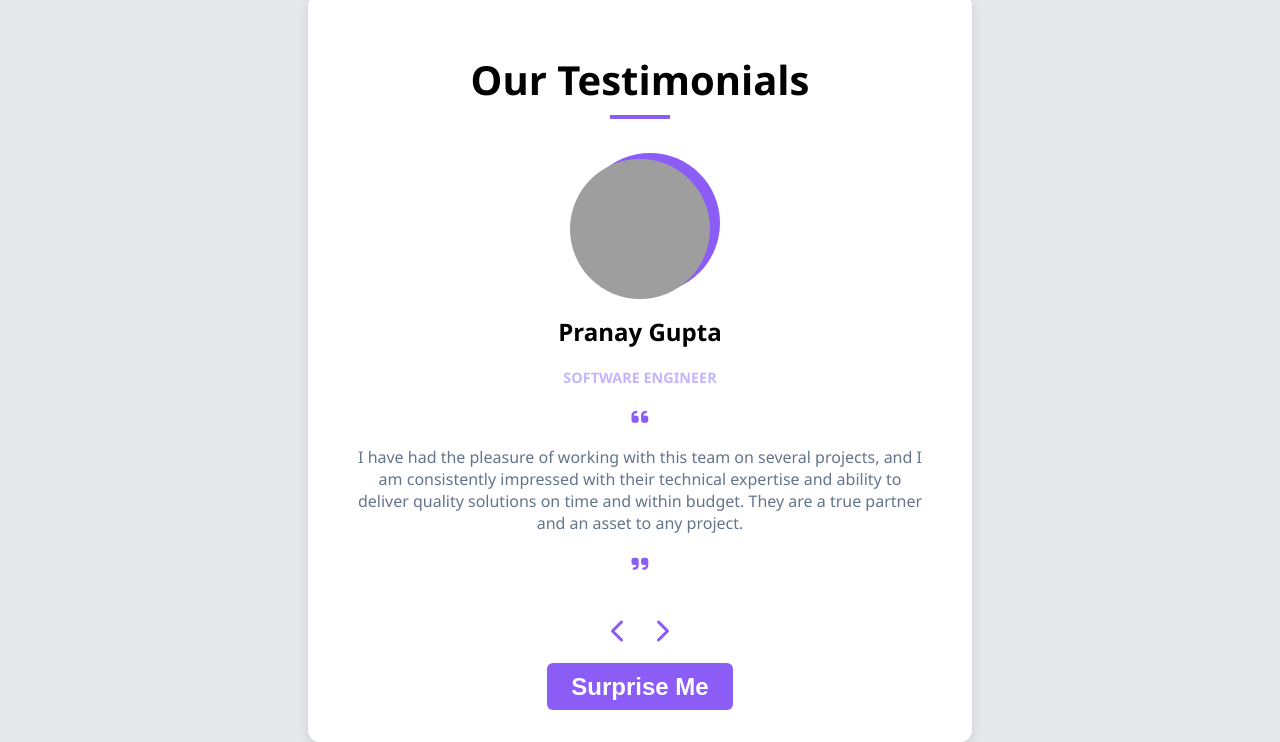
Repository: ayushrajput545/Testimonial_web
Page: index.html
The author's editor kept a copy of each file at every save. The page is drawn from the files as they stood at one save, then again after the next save.
The browser window is 1280 px wide. The pictures show the whole page.
Pictures or frames that could not be fetched are drawn as grey boxes. Some web libraries are served in a nearby version.

Above is the page before, as saved 2025-04-17 12:29:51.

### index.html
<!DOCTYPE html>
<html lang="en">
<head>
  <meta charset="UTF-8" />
  <meta name="viewport" content="width=device-width, initial-scale=1.0"/>
  <title>Testimonials</title>
  <link rel="stylesheet" href="style.css"/>
  <link
  rel="stylesheet"
  href="https://cdnjs.cloudflare.com/ajax/libs/font-awesome/6.5.0/css/all.min.css"
/>

</head>
<body>
  <div class="container">
    <h1>Our Testimonials</h1>
    <div class="underline"></div>

    <div class="testimonial">
      <div class="img-container">
        <img id="person-img" src="" alt="person" />
        <div class="img-background"></div>
      </div>
      <h2 id="author"></h2>
      <h4 id="job"></h4>
      <div class="quote-icon"><i class="fas fa-quote-left"></i></div>
      <p id="info"></p>
      <div class="quote-icon"><i class="fas fa-quote-right"></i></div>
    </div>

    <div class="buttons">
      <button id="prev-btn"><i class="fas fa-chevron-left"></i></button>
      <button id="next-btn"><i class="fas fa-chevron-right"></i></button>
    </div>

    <button class="surprise-btn" id="random-btn">Surprise Me</button>
  </div>

  <script defer src="script.js"></script>
  <script src="https://kit.fontawesome.com/a076d05399.js" crossorigin="anonymous"></script>

</body>
</html>

### style.css
body {
    font-family: 'Segoe UI', sans-serif;
    background-color: #e5e7eb;
    display: flex;
    justify-content: center;
    align-items: center;
    height: 100vh;
  }

  .container {
    background: #fff;
    padding: 2rem;
    border-radius: 12px;
    text-align: center;
    width: 90vw;
    max-width: 600px;
    box-shadow: 0 4px 12px rgba(0,0,0,0.1);
  }

  h1 {
    font-size: 2.5rem;
    margin-bottom: 0.5rem;
    font-weight: bold;
  }

  .underline {
    width: 60px;
    height: 4px;
    background: #8b5cf6;
    margin: 0 auto 1rem;
  }

  .testimonial {
    position: relative;
    padding: 1.5rem 1rem;
  }

  .img-container {
    position: relative;
    margin: 0 auto;
    width: 140px;
    height: 140px;
  }

  .img-container img {
    width: 100%;
    height: 100%;
    object-fit: cover;
    border-radius: 50%;
    position: relative;
    z-index: 2;
  }

  .img-background {
    position: absolute;
    top: -6px;
    left: 10px;
    width: 140px;
    height: 140px;
    border-radius: 50%;
    background-color: #8b5cf6;
    z-index: 1;
  }

  #author {
    margin-top: 1rem;
    font-weight: bold;
    font-size: 1.5rem;
    text-transform: capitalize;
  }

  #job {
    text-transform: uppercase;
    color: #c4b5fd;
    font-size: 0.9rem;
    margin: 0.5rem 0;
  }

  .quote-icon {
    color: #8b5cf6;
    font-size: 1.2rem;
    margin-top: 1rem;
  }

  #info {
    margin: 1rem 0;
    color: #64748b;
  }

  .buttons {
    display: flex;
    justify-content: center;
    gap: 1rem;
    margin-top: 1rem;
  }

  button {
    background: none;
    border: none;
    cursor: pointer;
    font-size: 1.5rem;
    color: #8b5cf6;
  }

  button:hover {
    color: #7c3aed;
  }

  .surprise-btn {
    background-color: #8b5cf6;
    color: white;
    border: none;
    padding: 0.6rem 1.5rem;
    margin-top: 1rem;
    border-radius: 6px;
    font-weight: bold;
    cursor: pointer;
    transition: background 0.3s ease;
  }

  .surprise-btn:hover {
    background-color: #7c3aed;
  }

### script.js
const reviews = [
    {
      id: 1,
      name: "Pranay Gupta",
      job: "Software Engineer",
      image: "https://aeccc.targettechnology.in/static/media/PranayGupta.f3c530b7630ba8efb2ab.jpg",
      text: "I have had the pleasure of working with this team on several projects, and I am consistently impressed with their technical expertise and ability to deliver quality solutions on time and within budget. They are a true partner and an asset to any project.",
    },
    {
      id: 2,
      name: "Abir Pal",
      job: "Graphic Designer",
      image: "https://aeccc.targettechnology.in/static/media/AbirPal.574a09ad7cb325853b29.jpg",
      text: "I have been working with this company for several years now, and I have always been impressed with their creativity and attention to detail. They are true professionals who take pride in their work and always go above and beyond to deliver exceptional results.",
    },
    {
      id: 3,
      name: "Soumya Banerjee",
      job: "Marketing Manager",
      image: "https://aeccc.targettechnology.in/static/media/SoumyaBanerjee.2e2521d6029842435080.jpg",
      text: "I am thrilled with the results of our recent marketing campaign, and it wouldn't have been possible without the hard work and dedication of the entire team. Thank you for your exceptional work!",
    },
  ];

  let currentIndex = 0;

  // DOM Elements
  const img = document.getElementById("person-img");
  const author = document.getElementById("author");
  const job = document.getElementById("job");
  const info = document.getElementById("info");

  const prevBtn = document.getElementById("prev-btn");
  const nextBtn = document.getElementById("next-btn");
  const randomBtn = document.getElementById("random-btn");

  function showPerson(index) {
    const person = reviews[index];
    img.src = person.image;
    author.textContent = person.name;
    job.textContent = person.job;
    info.textContent = person.text;
  }

  // Initial load
  window.addEventListener("DOMContentLoaded", () => {
    showPerson(currentIndex);
  });

  nextBtn.addEventListener("click", () => {
    currentIndex++;
    if (currentIndex > reviews.length - 1) {
      currentIndex = 0;
    }
    showPerson(currentIndex);
  });

  prevBtn.addEventListener("click", () => {
    currentIndex--;
    if (currentIndex < 0) {
      currentIndex = reviews.length - 1;
    }
    showPerson(currentIndex);
  });

  randomBtn.addEventListener("click", () => {
    let randomIndex = Math.floor(Math.random() * reviews.length);
    currentIndex = randomIndex;
    showPerson(currentIndex);
  });

After the next save:
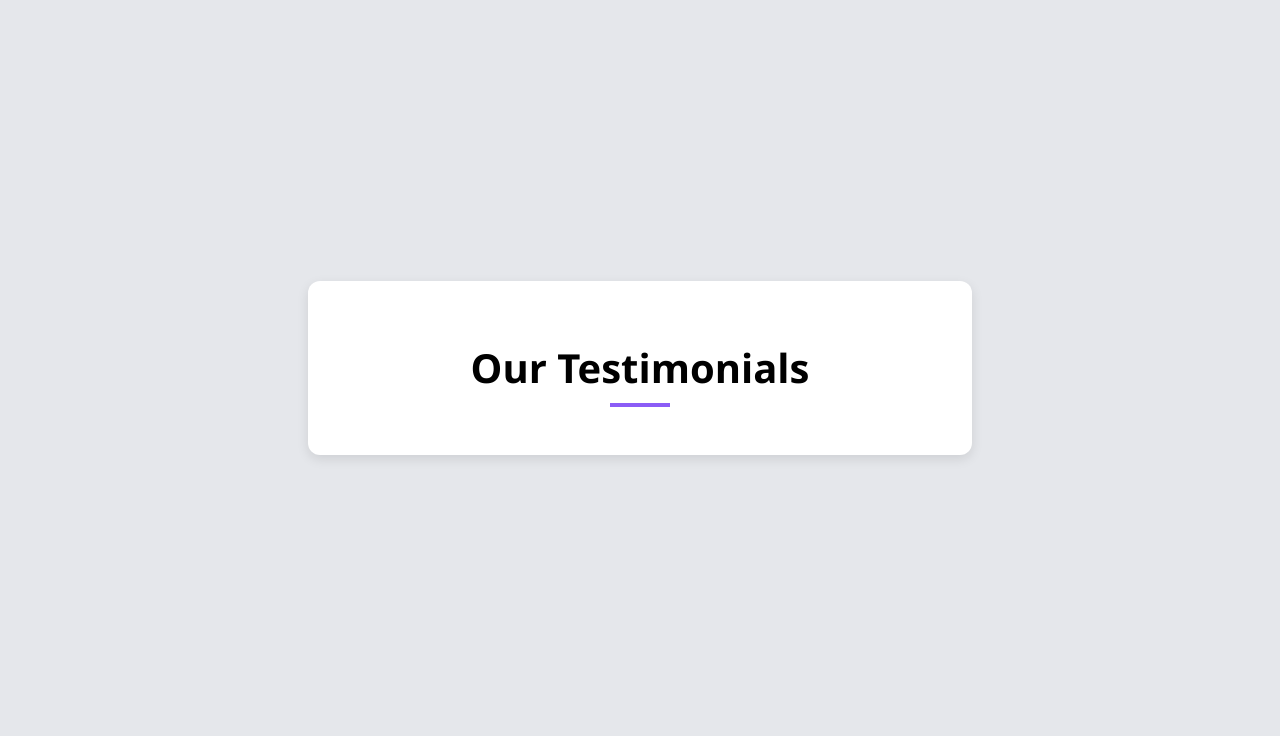
Console error: TypeError: Cannot read properties of null (reading 'addEventListener')
Saved 83 s later.
--- a/index.html
+++ b/index.html
@@ -3,41 +3,44 @@
 <head>
   <meta charset="UTF-8" />
   <meta name="viewport" content="width=device-width, initial-scale=1.0"/>
-  <title>Testimonials</title>
-  <link rel="stylesheet" href="style.css"/>
+  <title>Testimonials Carousel</title>
+
+  <!-- Swiper CSS -->
   <link
-  rel="stylesheet"
-  href="https://cdnjs.cloudflare.com/ajax/libs/font-awesome/6.5.0/css/all.min.css"
-/>
+    rel="stylesheet"
+    href="https://cdn.jsdelivr.net/npm/swiper@11/swiper-bundle.min.css"
+  />
 
+  <!-- Font Awesome -->
+  <link
+    rel="stylesheet"
+    href="https://cdnjs.cloudflare.com/ajax/libs/font-awesome/6.5.0/css/all.min.css"
+  />
+
+  <link rel="stylesheet" href="style.css" />
 </head>
 <body>
   <div class="container">
     <h1>Our Testimonials</h1>
     <div class="underline"></div>
 
-    <div class="testimonial">
-      <div class="img-container">
-        <img id="person-img" src="" alt="person" />
-        <div class="img-background"></div>
+    <!-- Swiper -->
+    <div class="swiper mySwiper">
+      <div class="swiper-wrapper" id="testimonial-wrapper">
+        <!-- Slides inserted by JS -->
       </div>
-      <h2 id="author"></h2>
-      <h4 id="job"></h4>
-      <div class="quote-icon"><i class="fas fa-quote-left"></i></div>
-      <p id="info"></p>
-      <div class="quote-icon"><i class="fas fa-quote-right"></i></div>
+
+      <!-- Swiper Navigation Buttons -->
+      <div class="swiper-button-next"></div>
+      <div class="swiper-button-prev"></div>
+
+      <!-- Pagination -->
+      <div class="swiper-pagination"></div>
     </div>
-
-    <div class="buttons">
-      <button id="prev-btn"><i class="fas fa-chevron-left"></i></button>
-      <button id="next-btn"><i class="fas fa-chevron-right"></i></button>
-    </div>
-
-    <button class="surprise-btn" id="random-btn">Surprise Me</button>
   </div>
 
-  <script defer src="script.js"></script>
-  <script src="https://kit.fontawesome.com/a076d05399.js" crossorigin="anonymous"></script>
-
+  <!-- Swiper JS -->
+  <script src="https://cdn.jsdelivr.net/npm/swiper@11/swiper-bundle.min.js"></script>
+  <script src="script.js"></script>
 </body>
 </html>
